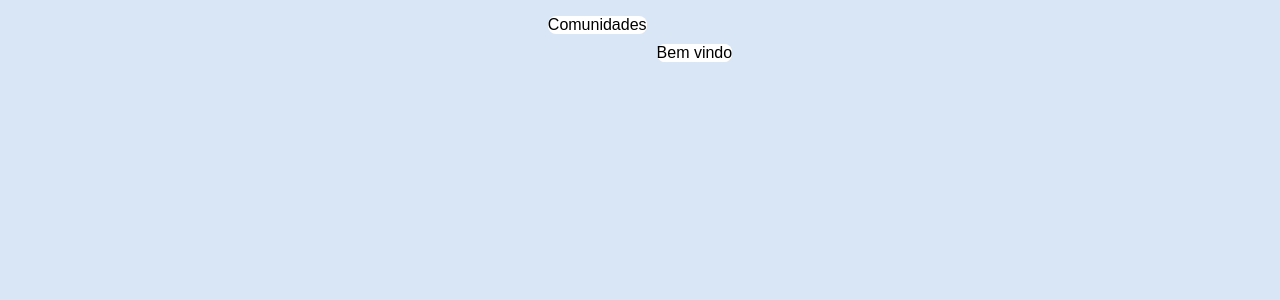
Repository: jminervino/alurakut
Page: /
These files come from the project's save history. The page is drawn as it stood at one moment and after the next save; the edit follows.
The browser window is 1280 px wide. The pictures show the whole page.
The project was rebuilt for these pictures with package versions that can differ from the ones it lists, and the page was loaded fresh each time. The framework's server and built-in components were replaced by stand-ins that run in the browser. Also part of the build but not shown: next.config.js.

Above is the page before, as saved 2022-03-24 10:37:34.

### pages/_app.js
import { createGlobalStyle, ThemeProvider } from 'styled-components'

const GlobalStyle = createGlobalStyle`
  /* Reset CSS*/
  *{
    margin: 0;
    padding: 0;
    box-sizing: border-box;
  }

  body {
    font-family: sans-serif;
    background-color: #D9E6F6;
  }

  #__next {
    display: flex;
    min-height: 100vh;
    flex-direction: column;
  }
`

const theme = {
  colors: {
    primary: '#0070f3',
  },
}

export default function App({ Component, pageProps }) {
  return (
    <>
      <GlobalStyle />
      <ThemeProvider theme={theme}>
        <Component {...pageProps} />
      </ThemeProvider>
    </>
  )
}

### pages/index.js
import styled from 'styled-components'

//const Title = styled.h1`
//  font-size: 50px;
//  color: ${({ theme }) => theme.colors.primary};
//`

const Box = styled.div`
  background: #ffffff;
  border-radius: 8px;
`;

const MainGrid = styled.main`
  display: grid;
  grid-gap: 10px;
  padding: 16px;
  margin: 0 auto;

  @media (min-width: 860px){
    grid-template-areas: "profileArea welcomeArea profileRelationsArea"
    grid-template-columns: 160px 618px 312px;

    }
`

export default function Home() {
  return (
    <MainGrid>
      <div style={{ gridArea: 'profileArea' }}>
        <Box>
          Imagem
        </Box>
      </div>
      <div style={{ gridArea: 'welcomeArea' }}>
        <Box>
          Bem vindo
        </Box>
      </div>
      <div>
        <Box style={{ gridArea: 'profileRelationsArea' }}>
          Comunidades
        </Box>
      </div>
    </MainGrid>
  )
}

Loaded but not shown: pages/_document.js (common file)

After the next save:
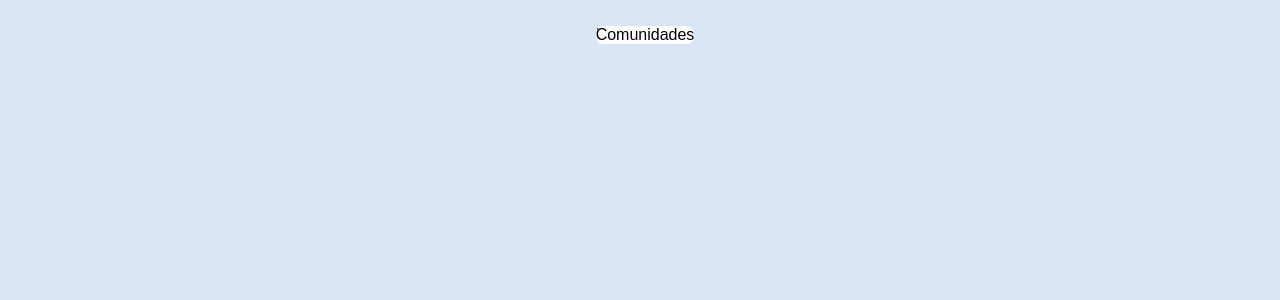
Saved 24 s later.
--- a/pages/index.js
+++ b/pages/index.js
@@ -36,8 +36,8 @@ export default function Home() {
           Bem vindo
         </Box>
       </div>
-      <div>
-        <Box style={{ gridArea: 'profileRelationsArea' }}>
+      <div style={{ gridArea: 'profileRelationsArea' }}>
+        <Box>
           Comunidades
         </Box>
       </div>
